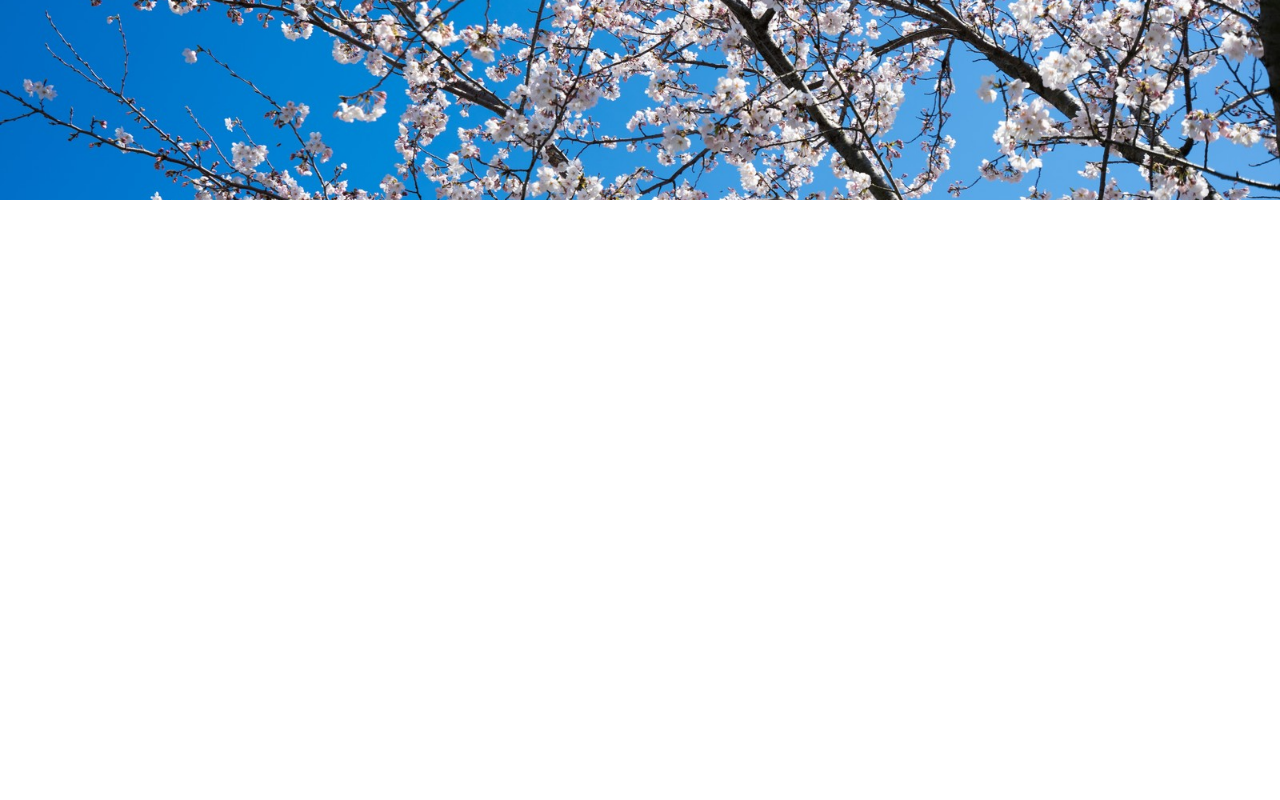
Repository: rascalNoShippo/git-practice
Page: chapter6_exercise/index.html
The author's editor kept a record of every edit. The page is drawn from the files as they stood at one moment, then again after the next edit.
The browser window is 1280 px wide. The pictures show the whole page.

Above is the page before.

### chapter6_exercise/index.html
<!DOCTYPE html>
<html>
  <head>
    <meta charset="utf-8">
    <title>chapter6_exercise</title>
    <link rel="stylesheet" href="style.css" type="text/css" >
  </head>
  <body>
    <div class="bgimg no1"></div>
    <div class="bgimg no2"></div>
    <div class="bgimg no3"></div>
    <div class="bgimg no4"></div>
  </body>
</html>

### chapter6_exercise/style.css
*{
  margin: 0;
  padding: 0;
  box-sizing: border-box;
}

.bgimg{
  height: 200px;
  width: 100%;
  background-size: cover;
  background-position: center;
}

.bgimg.no1{
  background-image: url("image/box1.jpg");
}

.gbimg.no2{
  background-image: url("image/box2.jpg");
}

.gbimg.no3{
  background-image: url("image/box3.jpg");
}

.gbimg.no4{
  background-image: url("image/box4.jpg");
}

After the next edit:
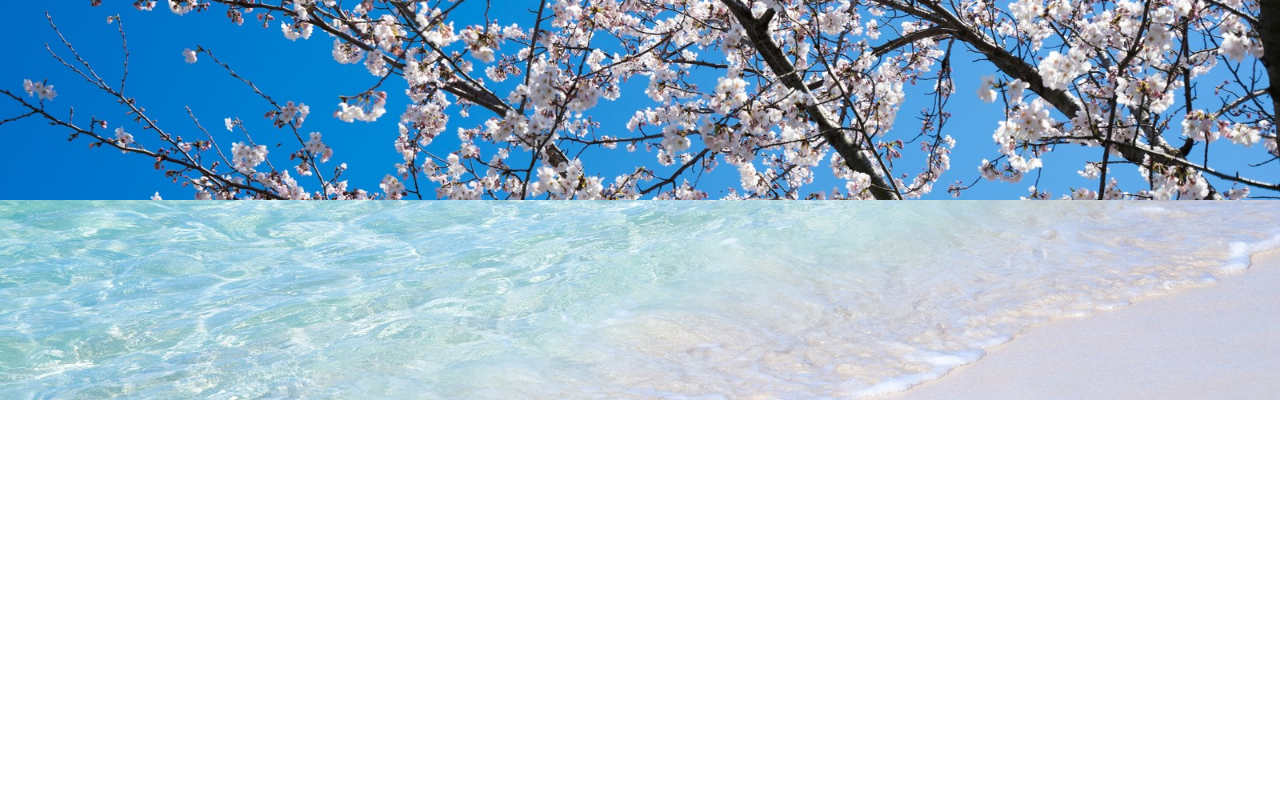
The edit:
--- a/chapter6_exercise/style.css
+++ b/chapter6_exercise/style.css
@@ -15,7 +15,7 @@
   background-image: url("image/box1.jpg");
 }
 
-.gbimg.no2{
+.bgimg.no2{
   background-image: url("image/box2.jpg");
 }
 
